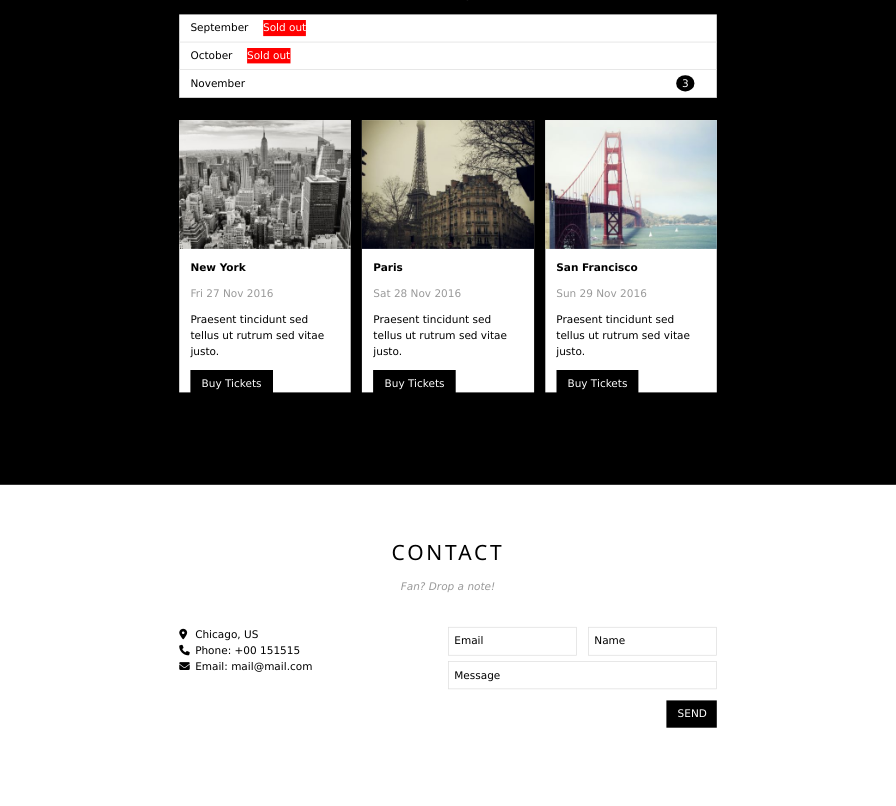
Repository: ngotranphuongbao/theband
Page: index.html
An editor plug-in stored every save of this project. The page is shown before and after the next save, followed by the edit.
The browser window is 1280 px wide. The pictures show the part of the page from y = 1511 to 3431 px (the page is 2663 px tall before and 3431 px after), at 70% of full size.
Some web libraries are served in a nearby version.

Above is the page before, as saved 2022-12-22 08:18:11.

### index.html
<!DOCTYPE html>
<html lang="en">
<head>
    <meta charset="UTF-8">
    <meta http-equiv="X-UA-Compatible" content="IE=edge">
    <meta name="viewport" content="width=device-width, initial-scale=1.0">
    <title>Document</title>
    <link rel="stylesheet" href="./assets/css/style.css">
    <script src="https://kit.fontawesome.com/55a0c61423.js" crossorigin="anonymous"></script>
    <link rel="stylesheet" href="./assets/themify-icons/themify-icons.css">
    <link rel="stylesheet" href="https://www.w3schools.com/w3css/4/w3.css">
</head>
<body>
    <div id="main">
        <div id="header">
            <ul id="nav">
                <li><a href="">Home</a></li>
                <li><a href="">Band</a></li>
                <li><a href="">Tour</a></li>
                <li><a href="">Contact</a></li>
                <li>
                    <a href="">
                        More
                        <i class="fa fa-caret-down"></i>
                    </a>
                    <ul id="subnav">
                        <li><a href="">Merchandise</a></li>
                        <li><a href="">Extras</a></li>
                        <li><a href="">Media</a></li>
                    </ul>
                </li>
            </ul>
            <div id="search">
                <i class="fa fa-search"></i>
            </div>
        </div>

        <div id="slider">
            <div id="slider-caption">
                <h3>Chicago</h3>
                <p><b>Thank you, Chicago - A night we won't forget.</b></p>
            </div>

        </div>

        <div id="content">
            <div id="the-band">
                <div id="the-band-main">
                    <h2 class="content-title">The Band</h2>
                    <p class="content-subtitle">We love music</p>
                    <p id="describe">We have created a fictional band website. Lorem ipsum dolor sit amet, consectetur adipiscing elit, sed do eiusmod tempor incididunt ut labore et dolore magna aliqua. Ut enim ad minim veniam, quis nostrud exercitation ullamco laboris nisi ut aliquip ex ea commodo consequat. Duis aute irure dolor in reprehenderit in voluptate velit esse cillum dolore eu fugiat nulla pariatur. Excepteur sint occaecat cupidatat non proident, sunt in culpa qui officia deserunt mollit anim id est laborum consectetur adipiscing elit, sed do eiusmod tempor incididunt ut labore et dolore magna aliqua. Ut enim ad minim veniam, quis nostrud exercitation ullamco laboris nisi ut aliquip ex ea commodo consequat.</p>
                    <div id="member">
                        <div class="member-info">
                            <p class="member-name">Name</p>
                            <img src="/assets/image/member/bandmember.jpg" alt="" class="member-photo">
                        </div>

                        <div class="member-info">
                            <p class="member-name">Name</p>
                            <img src="/assets/image/member/bandmember.jpg" alt="" class="member-photo">
                        </div>

                        <div class="member-info">
                            <p class="member-name">Name</p>
                            <img src="/assets/image/member/bandmember.jpg" alt="" class="member-photo">
                        </div>
                    </div>
                </div>
            </div>

            <div id="tour-dates">
                <div id="tour-dates-main">
                    <h2 class="content-title">Tour Dates</h2>
                    <p class="content-subtitle">Remember to book your tickets!</p>
                    <ul id="booking">
                        <li>
                            September
                            <div class="sold-out">Sold out</div>
                        </li>
                        <li>
                            October
                            <div class="sold-out">Sold out</div>
                        </li>
                        <li>
                            November
                            <span class="w3-badge">3</span>
                        </li>
                    </ul>
                    <div id="location">
                        <div class="location-infor">
                            <img src="/assets/image/location/newyork.jpg" alt="" class="location-photo">
                            <div class="location-detail">
                                <p class="city">
                                    <b>New York</b>
                                </p>
                                <p class="event-date">Fri 27 Nov 2016</p>
                                <p class="event-describe">Praesent tincidunt sed tellus ut rutrum sed vitae justo.</p>
                                <div class="buy-ticket">Buy Tickets</div>
                            </div>
                        </div>
                        <div class="location-infor">
                            <img src="/assets/image/location/paris.jpg" alt="" class="location-photo">
                            <div class="location-detail">
                                <p class="city">
                                    <b>Paris</b>
                                </p>
                                <p class="event-date">Sat 28 Nov 2016</p>
                                <p class="event-describe">Praesent tincidunt sed tellus ut rutrum sed vitae justo.</p>
                                <div class="buy-ticket">Buy Tickets</div>
                            </div>
                        </div>
                        <div class="location-infor">
                            <img src="/assets/image/location/sanfran.jpg" alt="" class="location-photo">
                            <div class="location-detail">
                                <p class="city">
                                    <b>San Francisco</b>
                                </p>
                                <p class="event-date">Sun 29 Nov 2016</p>
                                <p class="event-describe">Praesent tincidunt sed tellus ut rutrum sed vitae justo.</p>
                                <div class="buy-ticket">Buy Tickets</div>
                            </div>
                        </div>
                    </div>

                </div>

            </div>

            <div id="contact">
                <div id="contact-main">
                    <h2 class="content-title">Contact</h2>
                    <p class="content-subtitle">Fan? Drop a note!</p>
                    <div id="contact-form">
                        <ul id="adress">
                            <li>
                                <i class="fa-solid fa-location-dot"></i>
                                Chicago, US
                            </li>
                            <li>
                                <i class="fa-solid fa-phone"></i>
                                Phone: +00 151515
                            </li>
                            <li>
                                <i class="fa-solid fa-envelope"></i>
                                Email: mail@mail.com
                            </li>
                        </ul>

                        <ul id="audience">
                            <div id="name-email">
                                <ul>
                                    <li id="name">Name</li>
                                    <li id="email">Email</li>
                                </ul>
                            </div>
                            <div id="message">Message</div>
                            <div id="send">Send</div>
                            </div>
                        </ul>
                    </div>

                </div>
            </div>

            <div id="map">

            </div>

        </div>

        <div id="footer">

        </div>
    </div>

</body>
</html>

### assets/css/style.css
* {
    padding: 0px;
    margin: 0px;
    box-sizing: border-box;
}

html {
    font-family: Arial, Helvetica, sans-serif;
}

#main {

}

#header {
    height: 46.5px;
    background-color: black;
    position: fixed;
    top: 0px;
    left: 0px;
    right: 0px;
    z-index: 1;
}

#nav {
    display: inline-block;
}
#nav > li {
    display: inline-block;
    padding: 12px 24px;
    position: relative;
}

#nav > li > a {
    line-height: 22.5px;
    text-decoration: none;
    text-transform: uppercase;
    color: white;
}

#nav > li:hover {
    background-color: grey;
}

#nav > li:hover > a {
    color: black;
}

#subnav {
    display: none;
    position: absolute;
    top: 45px;
    left: 0px;
    box-shadow: 0px 0px 10px rgba(0, 0, 0, 0.3);
    background-color: white;
}

#subnav > li {
    display: block;
    width: 160px;
    height: 38.5px;
    padding: 8px 16px;
}

#subnav > li:hover {
    background-color: grey;
}

#nav > li:hover > #subnav {
    display: block;
}

#subnav > li > a {
    text-decoration: none;
    color: black;
}

.fa-caret-down {
    width: 8.575px;
    height: 15px;
}

#search {
    float: right;
    padding: 12px 24px;
    background-color: red;
    cursor: pointer;
}

.fa-search {
    line-height: 22.5px;
    color: white;
}
#slider {
    margin-top: 45.6px;
    padding-top: 50%;
    background: url(/assets/image/slider/chicago.jpg) top center / cover no-repeat;
    position: relative;
}

#slider-caption {
    position: absolute;
    bottom: 32px;
    width: 100%;
    text-align: center;
}

#slider-caption > p {
    margin: 15px;
    color: white;
}

#slider-caption > h3 {
    margin-bottom: 10px;
    color: white;
    font-weight: 400;
    font-size: 24px;
}


#content {

}

#the-band {
    height: 672px;
}

#the-band-main {
    width: 768px;
    height: 100%;
    padding: 64px 16px;
    margin: auto;
}

.content-title {
    text-align: center;
    margin: 10px;
    text-transform: uppercase;
    letter-spacing: 4px;
    font-weight: 400;
}

.content-subtitle {
    text-align: center;
    margin: 15px;
    font-style: italic;
    opacity: 0.4;
}

#describe {
    text-align: justify;
    margin-bottom: 15px;

}

#member {
    height: 286px;
    text-align: center;
    margin: 32px;
}

.member-info {
    display: inline-block;
    width: calc(100%/3);
    float: left;
}

.member-photo {
    width: 60%;
    margin-bottom: 16px;
}

.member-name {
    margin: 15px;
}

#tour-dates {
    height: 846px;
    background-color: black;
}

#tour-dates-main {
    width: 800px;
    height: 100%;
    margin: auto;
    padding: 64px 16px;
}

#tour-dates-main .content-title {
    color: white;
}

#tour-dates-main .content-subtitle {
    color: white;
}

#booking {
    margin-top: 18.4px;
    background-color: white;
}

#booking > li {
    display: block;
    padding: 8px 16px;
    border-bottom: 1px solid #ddd;
}

.sold-out {
    display: inline-block;
    background-color: red;
    color: white;
    margin-left: 16px;
}

.w3-badge {
    float: right;
    margin-right: 16px;
}

#location {
    height: 469px;
    padding: 32px 8px;
    margin-left: -16px;
    margin-right: -16px;
}

.location-infor {
    display: inline-block;
    float: left;
    width: calc((100% - 48px) / 3);
    height: calc(100% - 16px);
    background-color: white;
    margin: 0px 8px;
    margin-bottom: 16px;
}

.location-photo {
    width: 100%;
}

.location-photo:hover {
    opacity: 0.6;
}

.location-detail {
    padding: 0.15px 16px;
    text-align: left;
}

.city {
    margin: 15px 0px;
}

.event-date {
    opacity: 0.4;
}

.event-describe {
    margin: 15px 0px;
}

.buy-ticket {
    display: inline-block;
    padding: 8px 16px;
    margin-bottom: 16px;
    background-color: black;
    color: white;
    cursor: pointer;
}

.buy-ticket:hover {
    background-color: grey;
    color: black;
}
#contact {
    height: 459px;
}

#contact-main {
    width: 800px;
    height: 100%;
    padding: 64px 16px;
    margin: auto;


}

#contact-form {
    height: 223.5px;
    padding: 32px 0;
}

#adress {
    display: inline-block;
}

#adress > li {
    display: block;
}

#adress > li i {
    width: 18px;
}

#audience {
    width: 384px;
    float: right;
}

#name-email > ul li {
    display: inline-block;
    margin-bottom: 8px;
    width: 184px;
    padding: 8px;
    border: 1px solid #ddd;
}

#name {
    float: right;
}

#message {
    padding: 8px;
    border: 1px solid #ddd;
}

#send {
    width: 72px;
    height: 38.5px;
    padding: 8px 16px;
    background-color: black;
    margin: 16px 0px;
    float: right;
    color: white;
    text-transform: uppercase;
    cursor: pointer;
}

#send:hover {
    background-color: grey;
    color: black;
}

#map {
    padding-top: calc((560 / 944) x 100)%;
    background: url(/assets/image/map/map.jpg) top center / cover no-repeat;
}

#footer {

}

Loaded but not shown: assets/themify-icons/themify-icons.css (common file)

After the next save:
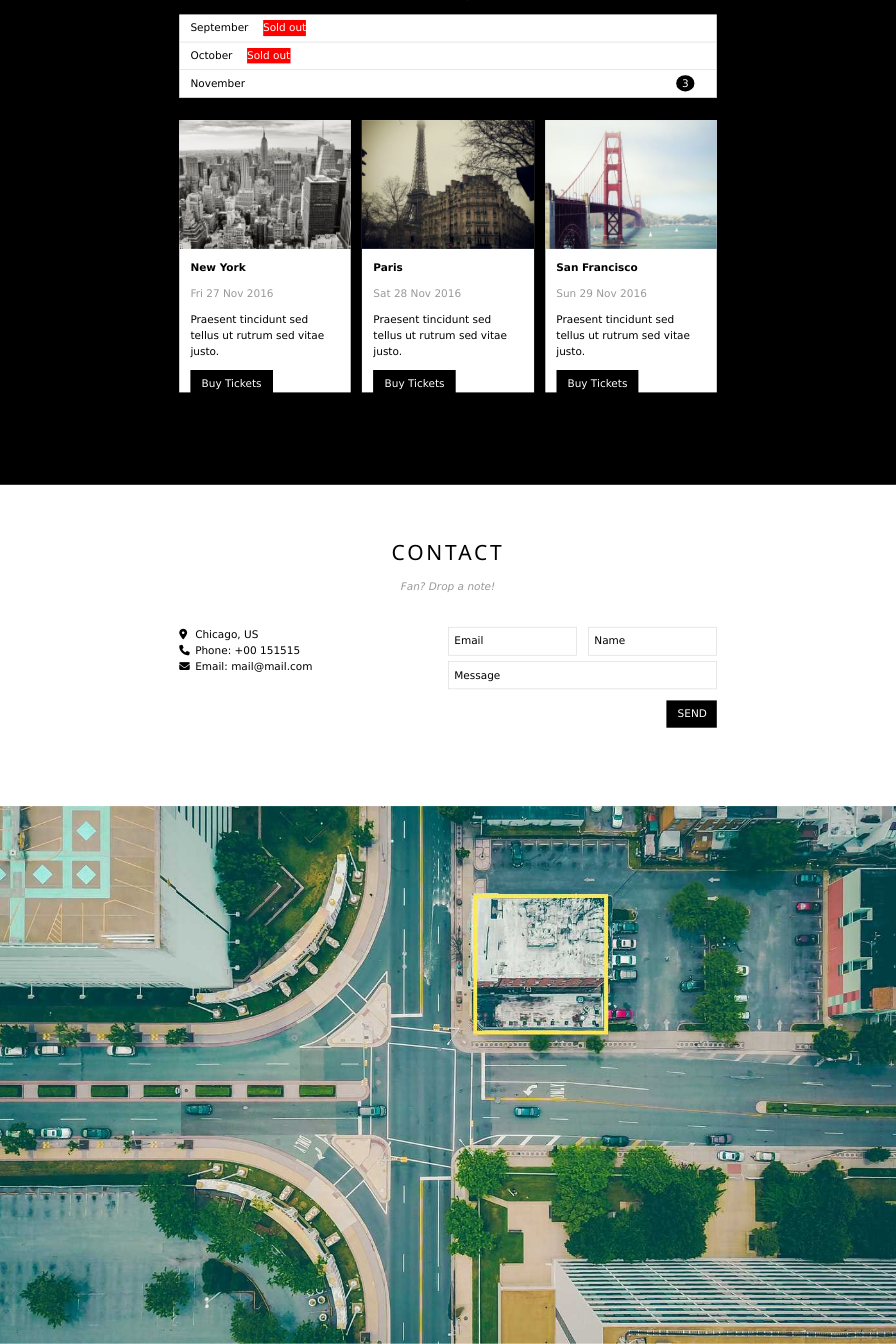
Saved 14 s later.
--- a/assets/css/style.css
+++ b/assets/css/style.css
@@ -343,7 +343,7 @@ html {
 }
 
 #map {
-    padding-top: calc((560 / 944) x 100)%;
+    padding-top: 60%;
     background: url(/assets/image/map/map.jpg) top center / cover no-repeat;
 }
 
